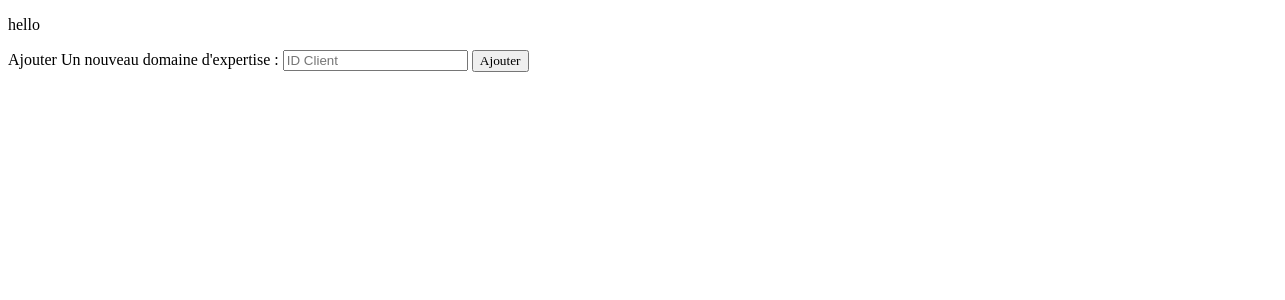
Repository: Bjalel/ConsultingPlatform
Page: adminexpertise.html
The author's editor kept a copy of each file at every save. The page is drawn from the files as they stood at one save, then again after the next save.
The browser window is 1280 px wide. The page is 1280 px wide, then 1285 px, then 1280 px, so the pictures cover 1285 px, including what lies to the right of the window. The pictures show the whole page.
Some web fonts or font styles are not loaded; a fallback is used. Some web libraries are served in a nearby version.

Above is the page before, as saved 2019-09-22 17:55:24.

After the next save:
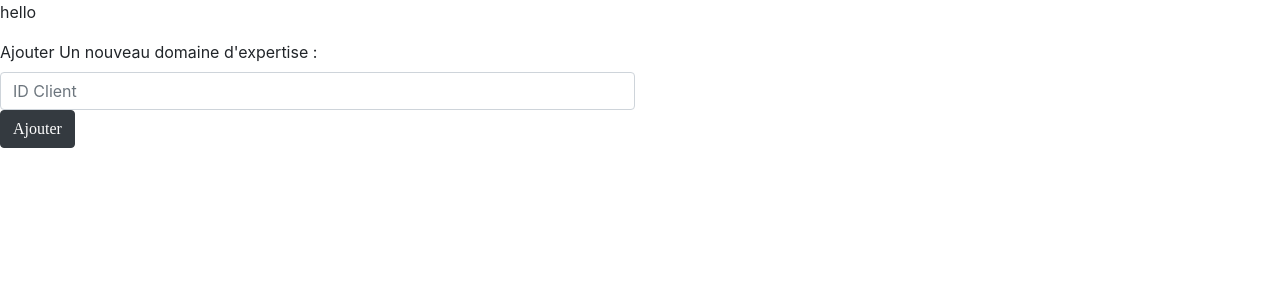
Console error (its wording comes from the project's code and is left out).
Saved 29 s later.
--- a/adminexpertise.html
+++ b/adminexpertise.html
@@ -7,6 +7,16 @@
   <meta name="viewport" content="width=device-width, initial-scale=1, shrink-to-fit=no">
   <meta name="description" content="">
   <meta name="author" content="">
+
+
+  <script src="https://ajax.googleapis.com/ajax/libs/angularjs/1.7.8/angular.js"></script>
+  <link rel="stylesheet" href="https://maxcdn.bootstrapcdn.com/bootstrap/4.3.1/css/bootstrap.min.css">
+  <script src="https://ajax.googleapis.com/ajax/libs/jquery/3.4.1/jquery.min.js"></script>
+  <script src="https://cdnjs.cloudflare.com/ajax/libs/popper.js/1.14.7/umd/popper.min.js"></script>
+  <script src="https://maxcdn.bootstrapcdn.com/bootstrap/4.3.1/js/bootstrap.min.js"></script>
+  <link href="http://fr.allfont.net/allfont.css?fonts=agency-fb-bold" rel="stylesheet" type="text/css" />
+
+
 
 
 </head>

After the save that followed:
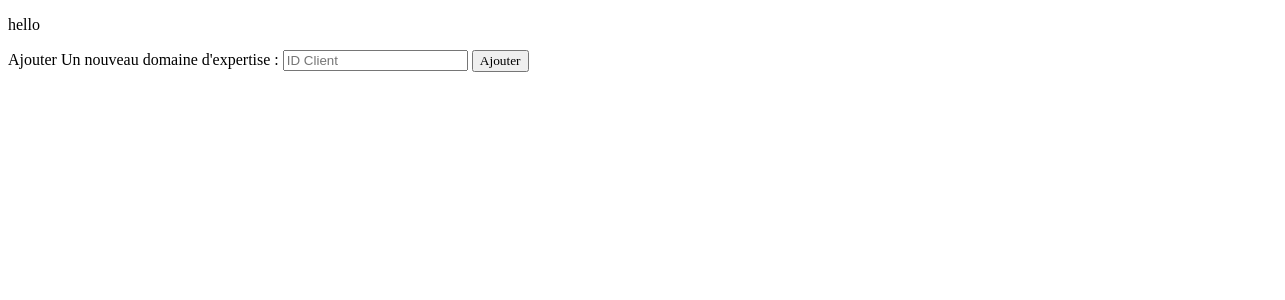
The error is gone.
Saved 16 s later.
--- a/adminexpertise.html
+++ b/adminexpertise.html
@@ -9,12 +9,7 @@
   <meta name="author" content="">
 
 
-  <script src="https://ajax.googleapis.com/ajax/libs/angularjs/1.7.8/angular.js"></script>
-  <link rel="stylesheet" href="https://maxcdn.bootstrapcdn.com/bootstrap/4.3.1/css/bootstrap.min.css">
-  <script src="https://ajax.googleapis.com/ajax/libs/jquery/3.4.1/jquery.min.js"></script>
-  <script src="https://cdnjs.cloudflare.com/ajax/libs/popper.js/1.14.7/umd/popper.min.js"></script>
-  <script src="https://maxcdn.bootstrapcdn.com/bootstrap/4.3.1/js/bootstrap.min.js"></script>
-  <link href="http://fr.allfont.net/allfont.css?fonts=agency-fb-bold" rel="stylesheet" type="text/css" />
+
 
 
 
